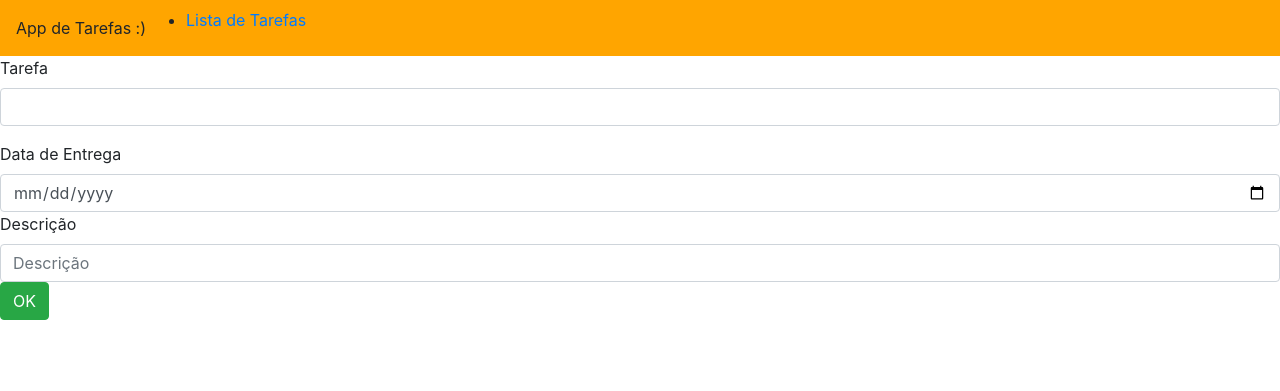
Repository: sophiaks/CRUD
Page: http://localhost/Projeto1/Views/adiciona.jsp
An editor plug-in stored every save of this project. The page is shown before and after the next save, followed by the edit.
The browser window is 1280 px wide. The pictures show the whole page.
The page is served by Tomcat 9. Nobody is signed in. The application's start-up code is not run.

Above is the page before, as saved 2020-09-23 19:13:53.

After the next save:
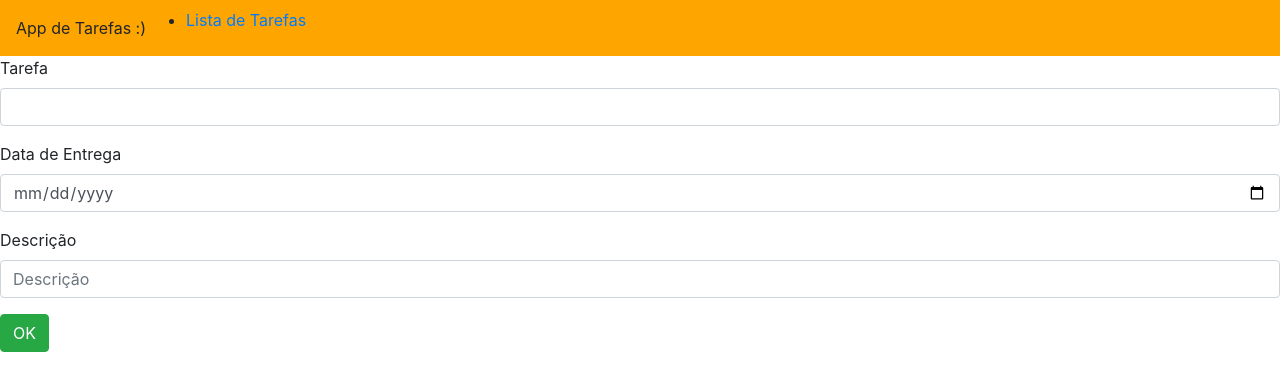
Saved 45 s later.
--- a/WorkspaceP1/Projeto1/WebContent/Views/adiciona.jsp
+++ b/WorkspaceP1/Projeto1/WebContent/Views/adiciona.jsp
@@ -34,12 +34,12 @@
 			<input type="text" name="nome" class="form-control" id="nome">
 		</div>
 
-		<div>
+		<div class="form-group">
 			<label for="nome">Data de Entrega</label>
 			<input type="date" name="entrega" class="form-control" placeholder="Data de Entrega">
 		</div>
 
-		<div>
+		<div class="form-group">
 			<label for="descricao">Descrição</label>
 			<input type="text" name="descricao" class="form-control" placeholder="Descrição">
 		</div>
